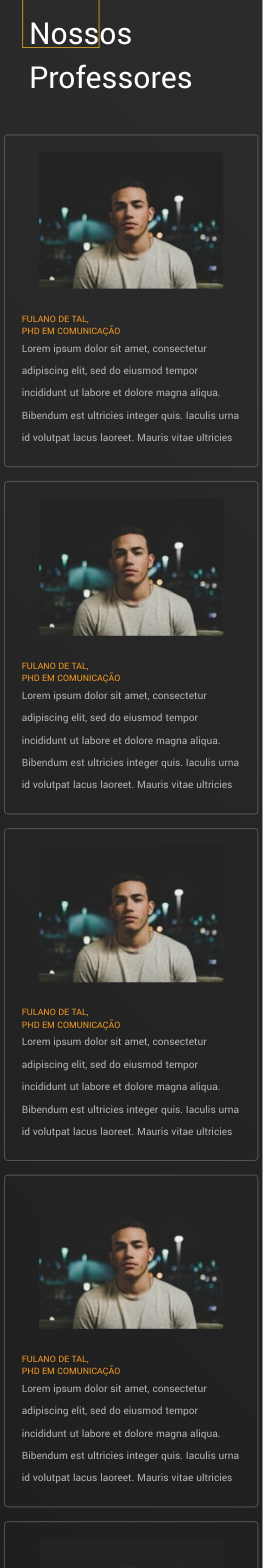
Repository: Rafael-Araujo-dev/Treinamento-Raccoon
Page: Projeto-2/index.html
The author's editor kept a copy of each file at every save. The page is drawn from the files as they stood at one save, then again after a run of saves.
The browser window is 375 px wide. The pictures show the part of the page from y = 4056 to 6296 px (the page is 7200 px tall before and 6919 px after), at 70% of full size.
Backgrounds fixed to the window are drawn as part of the page.

Above is the page before, as saved 2021-09-23 16:55:11.

After the next 4 saves:
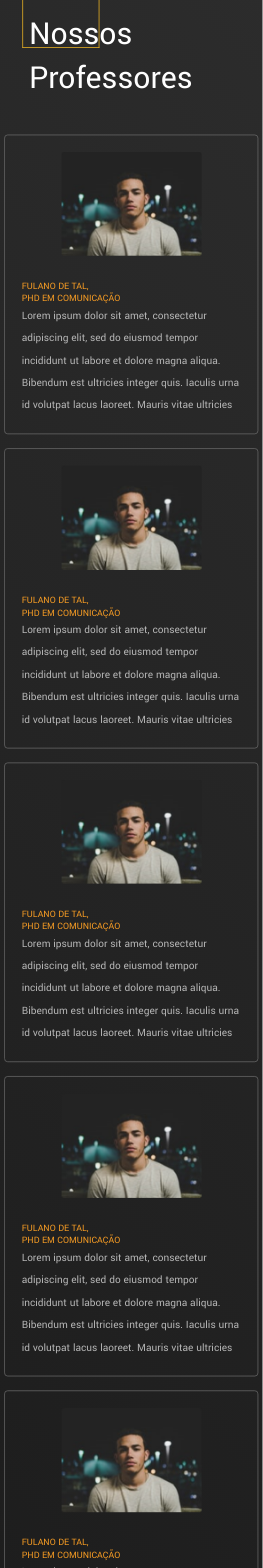
The 4 saves are shown as one change because they came seconds apart.
The last was saved 11 s later.
--- a/Projeto-2/css/style.css
+++ b/Projeto-2/css/style.css
@@ -735,7 +735,7 @@
 
 @media(max-width: 450px) {
     .our-teachers .card-image img {
-        max-width: 263px;
+        max-width: 200px;
     }
 
     .our-teachers .card-container {
